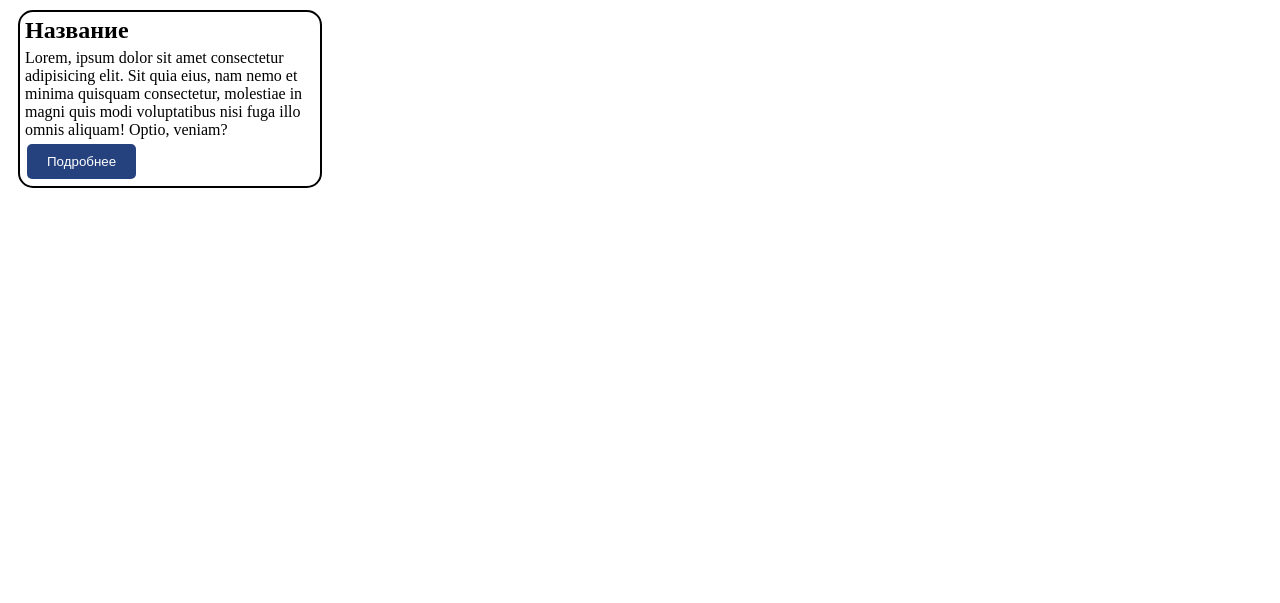
Repository: MaratLK/PLKFrontend
Page: Templates/NewsForIndex.html
An editor plug-in stored every save of this project. The page is shown before and after the next save, followed by the edit.
The browser window is 1280 px wide. The pictures show the whole page.

Above is the page before, as saved 2024-08-25 06:27:04.

### Templates/NewsForIndex.html
<!DOCTYPE html>
<html lang="en">
  <head>
    <meta charset="UTF-8" />
    <meta name="viewport" content="width=device-width, initial-scale=1.0" />
    <title>Document</title>
    <style>
      .newsblk {
        height: auto;
        width: 300px;
        margin: 10px;
        border-radius: 15px;
        border: 2px solid black;
      }
      .newsblk h2 {
        margin: 5px;
      }
      .newsblk p {
        margin: 5px;
      }
      .newsblk button {
        background-color: #25427e;
        color: white;
        padding: 10px 20px;
        border: none;
        border-radius: 5px;
        cursor: pointer;
        transition: background-color 0.3s;
        margin: 0 0 7px 7px;
      }
    </style>
  </head>
  <body>
    <section class="news">
      <div class="newsblk">
        <h2>Название</h2>
        <p>
          Lorem, ipsum dolor sit amet consectetur adipisicing elit. Sit quia
          eius, nam nemo et minima quisquam consectetur, molestiae in magni quis
          modi voluptatibus nisi fuga illo omnis aliquam! Optio, veniam?
        </p>
        <button>Подробнее</button>
      </div>
    </section>
  </body>
</html>

After the next save:
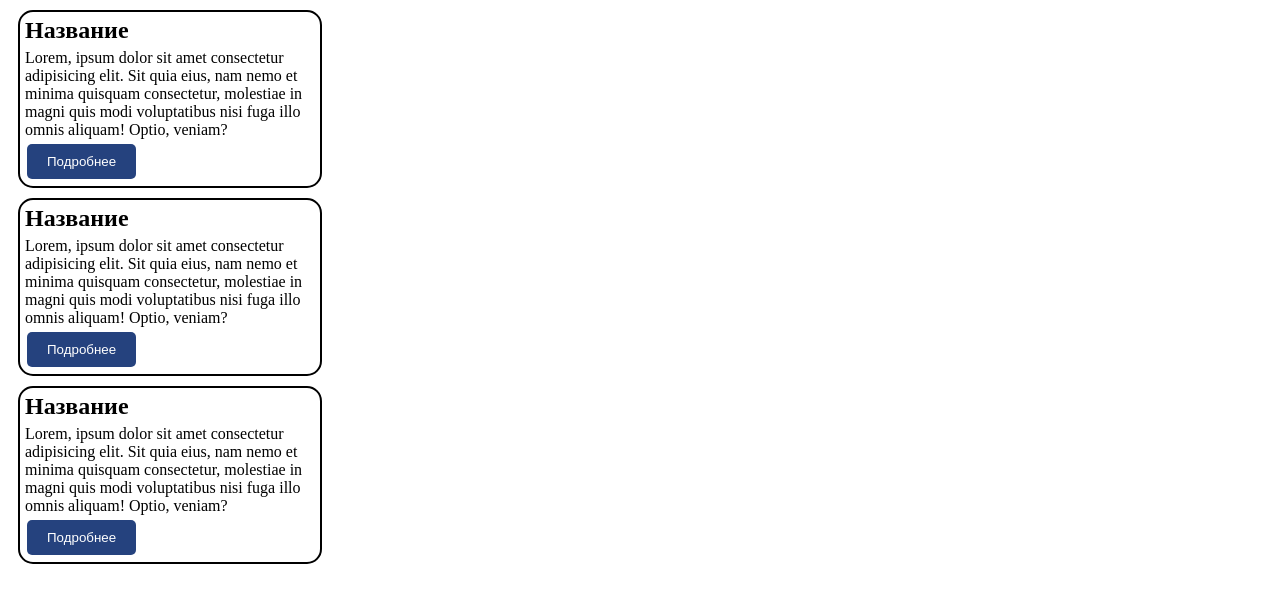
Saved 35 s later.
--- a/Templates/NewsForIndex.html
+++ b/Templates/NewsForIndex.html
@@ -41,6 +41,24 @@
         </p>
         <button>Подробнее</button>
       </div>
+      <div class="newsblk">
+        <h2>Название</h2>
+        <p>
+          Lorem, ipsum dolor sit amet consectetur adipisicing elit. Sit quia
+          eius, nam nemo et minima quisquam consectetur, molestiae in magni quis
+          modi voluptatibus nisi fuga illo omnis aliquam! Optio, veniam?
+        </p>
+        <button>Подробнее</button>
+      </div>
+      <div class="newsblk">
+        <h2>Название</h2>
+        <p>
+          Lorem, ipsum dolor sit amet consectetur adipisicing elit. Sit quia
+          eius, nam nemo et minima quisquam consectetur, molestiae in magni quis
+          modi voluptatibus nisi fuga illo omnis aliquam! Optio, veniam?
+        </p>
+        <button>Подробнее</button>
+      </div>
     </section>
   </body>
 </html>
